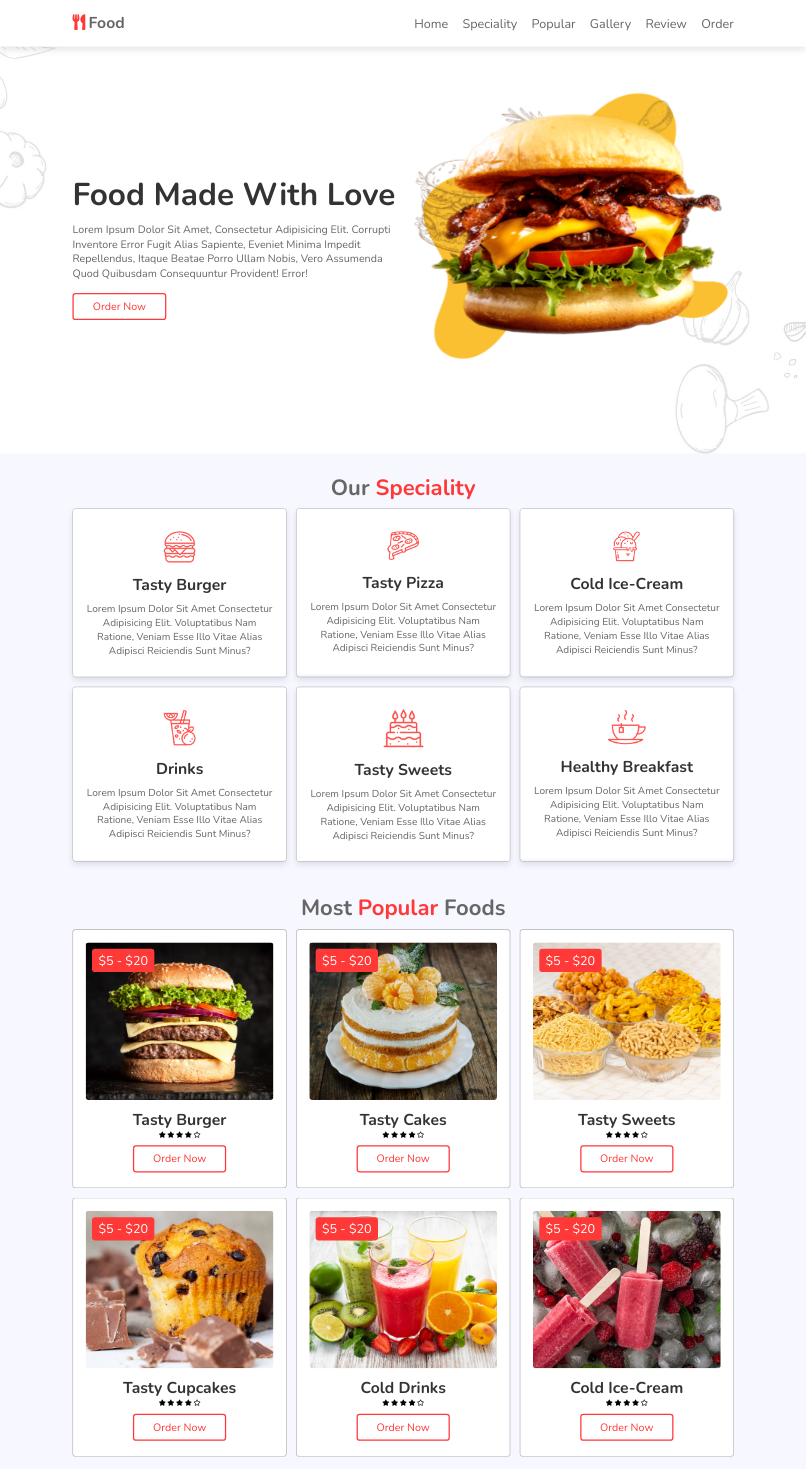
Repository: ManhTanVN/food
Page: index.html
An editor plug-in stored every save of this project. The page is shown before and after the next save, followed by the edit.
The browser window is 1280 px wide. The pictures show the whole page, at 63% of full size.
The style sheet was rebuilt from its Sass, Less or Tailwind sources for each picture, by a compiler version that may differ from the author's.

Above is the page before, as saved 2021-08-29 16:57:40.

After the next save:
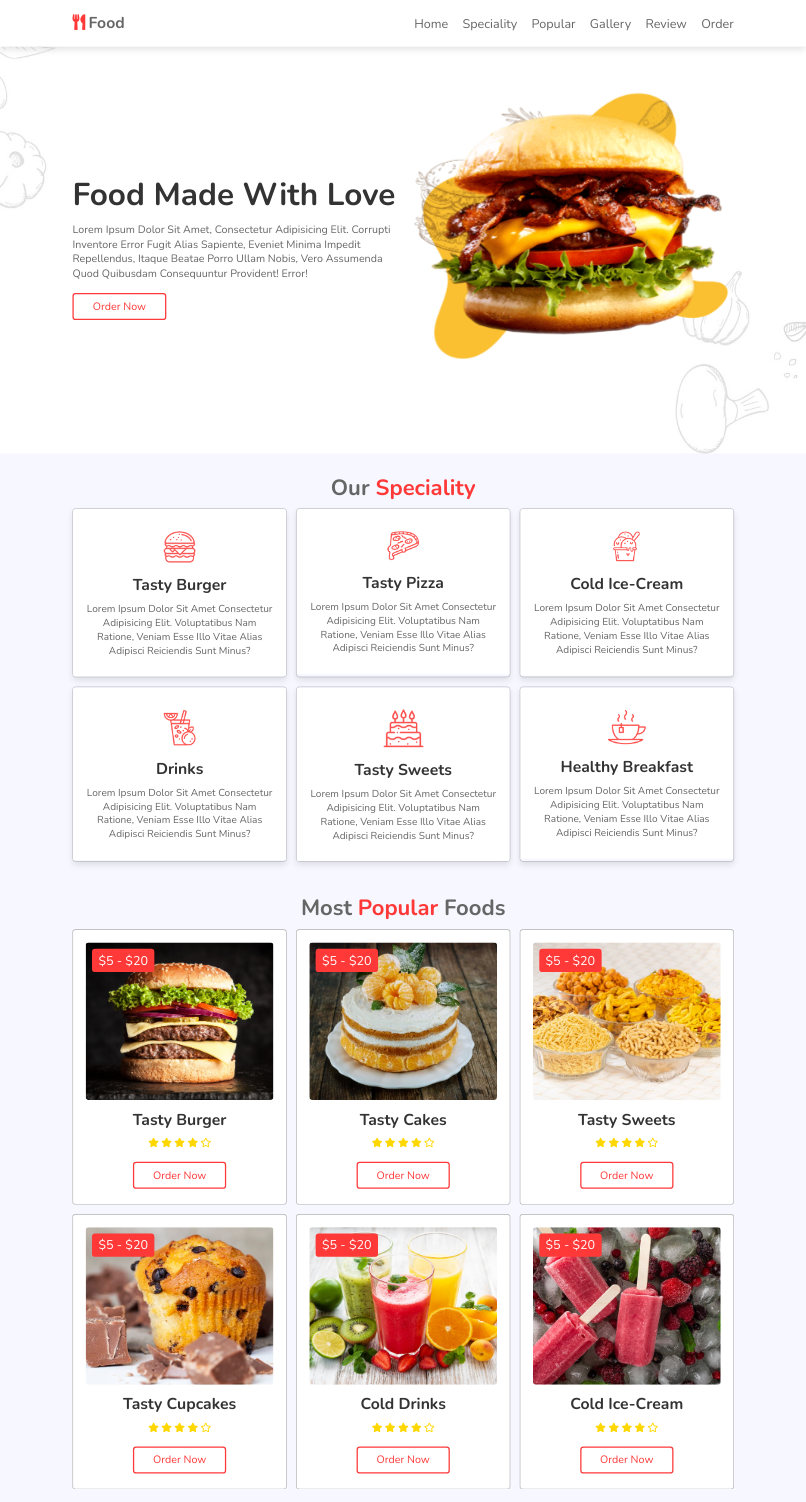
Saved 42 s later.
--- a/sass/_popular.scss
+++ b/sass/_popular.scss
@@ -34,7 +34,9 @@
             }
 
             &__star {
-
+                color: gold;
+                font-size: 1.5rem;
+                padding: 1rem;
             }
         }
     }
